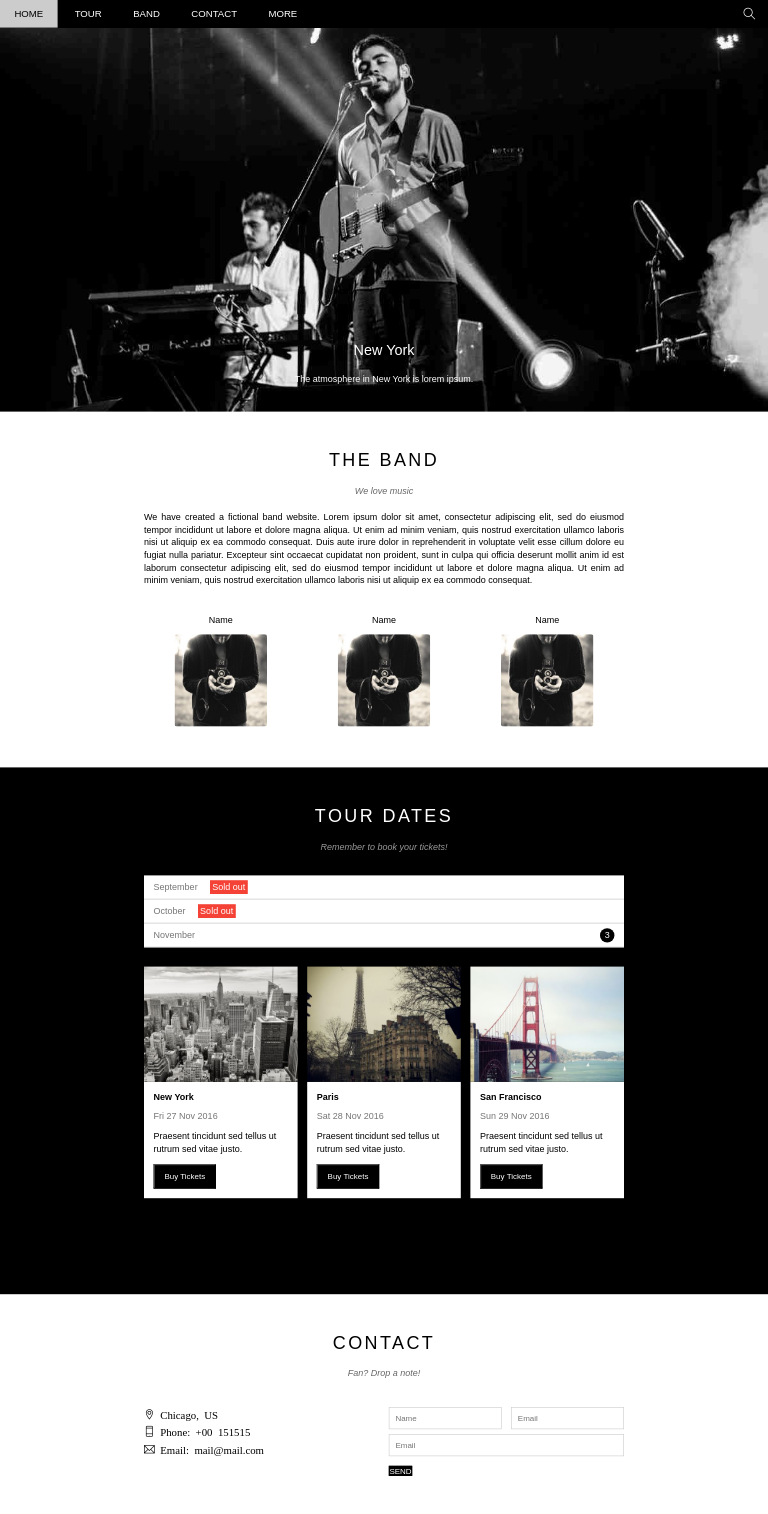
Repository: duyhung0311/band_music
Page: index.html
These files come from the project's save history. The page is drawn as it stood at one moment and after the next save; the edit follows.
The browser window is 1280 px wide. The pictures show the whole page, at 60% of full size.

Above is the page before, as saved 2021-08-15 12:42:59.

After the next save:
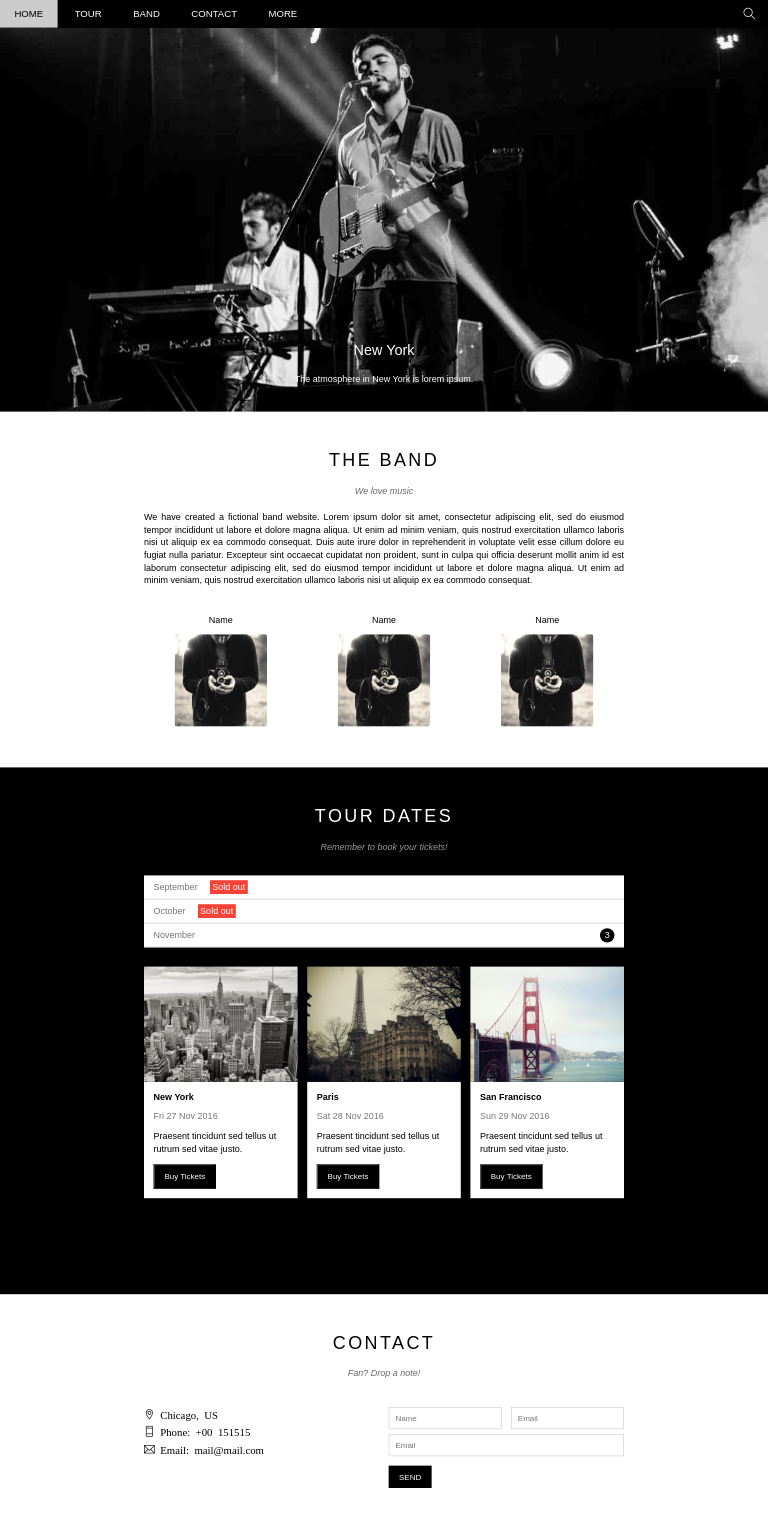
Saved 58 s later.
--- a/assets/css/style.css
+++ b/assets/css/style.css
@@ -417,6 +417,7 @@
     background: #000;
     color: #fff;
     border: 1px solid #000;
+    padding: 10px 16px;
 }
 @keyframes modalFadeIn {
     from {
